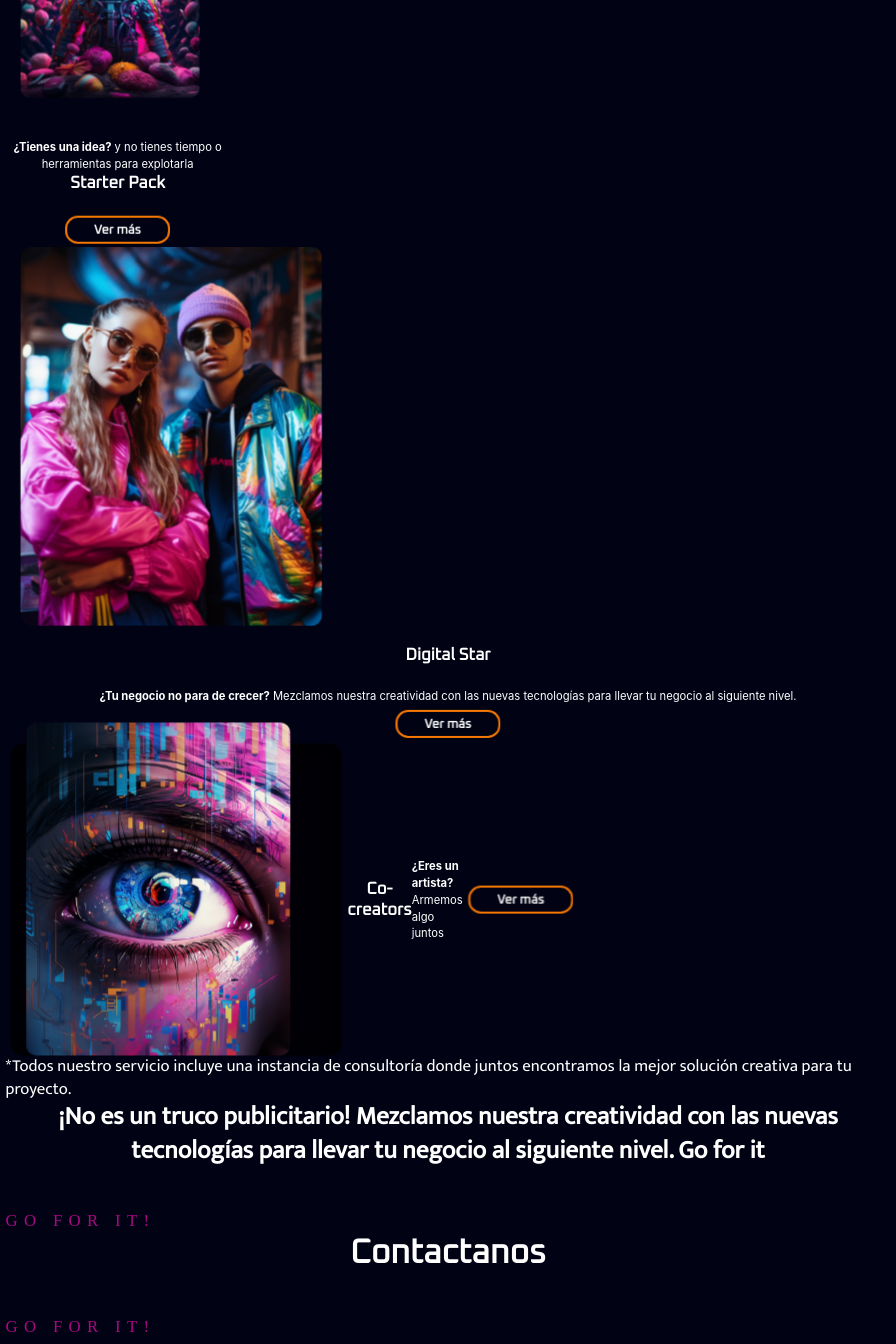
Repository: itsomosedison/tailwind-landing-page
Page: index.html
The author's editor kept a copy of each file at every save. The page is drawn from the files as they stood at one save, then again after the next save.
The browser window is 1280 px wide. The pictures show the part of the page from y = 1713 to 3633 px (the page is 3633 px tall before and 3493 px after), at 70% of full size.
Some web fonts or font styles are not loaded; a fallback is used.

Above is the page before, as saved 2023-09-30 19:42:14.

After the next save:
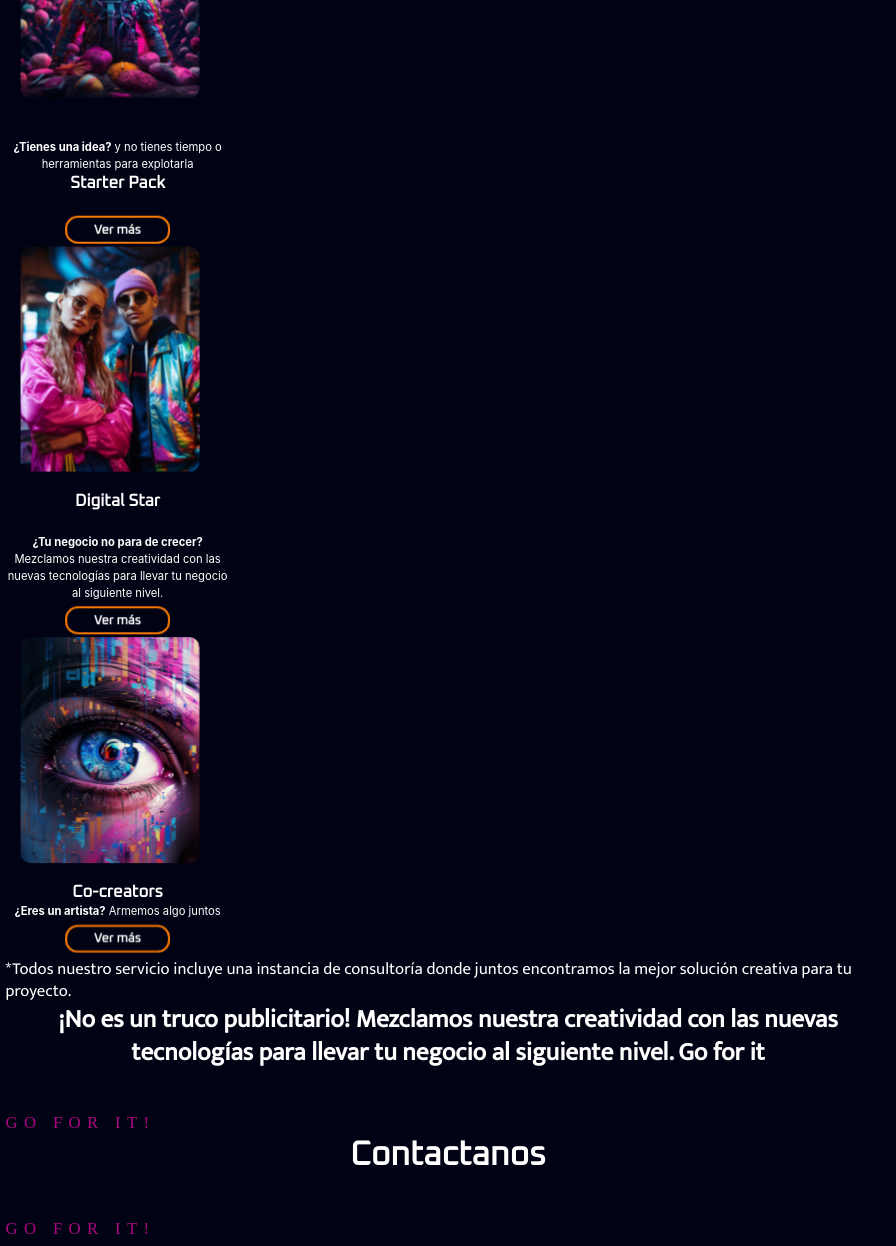
Saved 21 s later.
--- a/index.html
+++ b/index.html
@@ -72,7 +72,7 @@
                     <button class="gradientButton">Ver más</button>
                 </div>
 
-                <div class="cardContainer flex"></div>
+                <div class="cardContainer flex-col">
                     <a href="https://api.whatsapp.com/send/?phone=5401138519899&text=Hola%21+vi+tu+anuncio+en+la+web+y+estoy+interesado+en+ser+un+Digital+Star" target="_blank" class="fuxiaCard">
                         <img class="cardImg" src="recursos/star.png" alt="Imagen de la oveja" />
 
@@ -83,7 +83,7 @@
                 </div>
 
 
-                <div class="cardContainer flex">
+                <div class="cardContainer flex-col">
                     <a href="https://api.whatsapp.com/send/?phone=5401138519899&text=Hola%21+vi+tu+anuncio+en+la+web+y+estoy+interesado+en+co+crear+un+proyecto+jun" target="_blank" class="fuxiaCard">
                         <img class="cardImg" src="recursos/cocrea.png" alt="Imagen de la oveja" />
                     </a>
